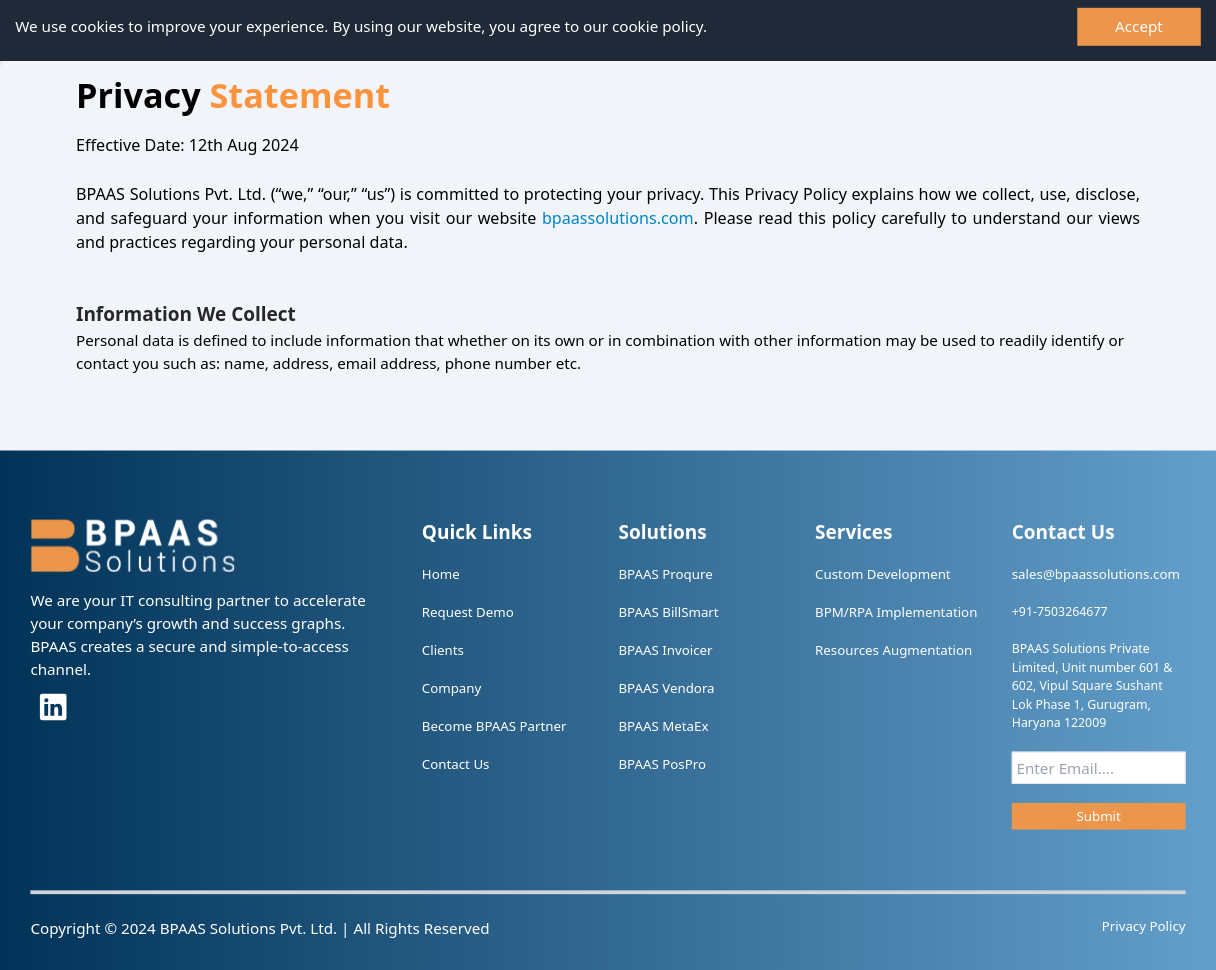
Repository: captainalpha/BP-Website
Page: /services/bp-services
The author's editor kept a copy of each file at every save. The page is drawn from the files as they stood at one save, then again after the next save.
The browser window is 1280 px wide. The pictures show the part of the page from y = 656 to 1677 px (the page is 1677 px tall), at 95% of full size.
The project was rebuilt for these pictures with package versions that can differ from the ones it lists, and the page was loaded fresh each time. The framework's server and built-in components were replaced by stand-ins that run in the browser. Also part of the build but not shown: next.config.js, components/common/TopBanner.js, components/common/SectionHeader.js.

Above is the page before, as saved 2024-08-13 15:22:24.

After the next save:
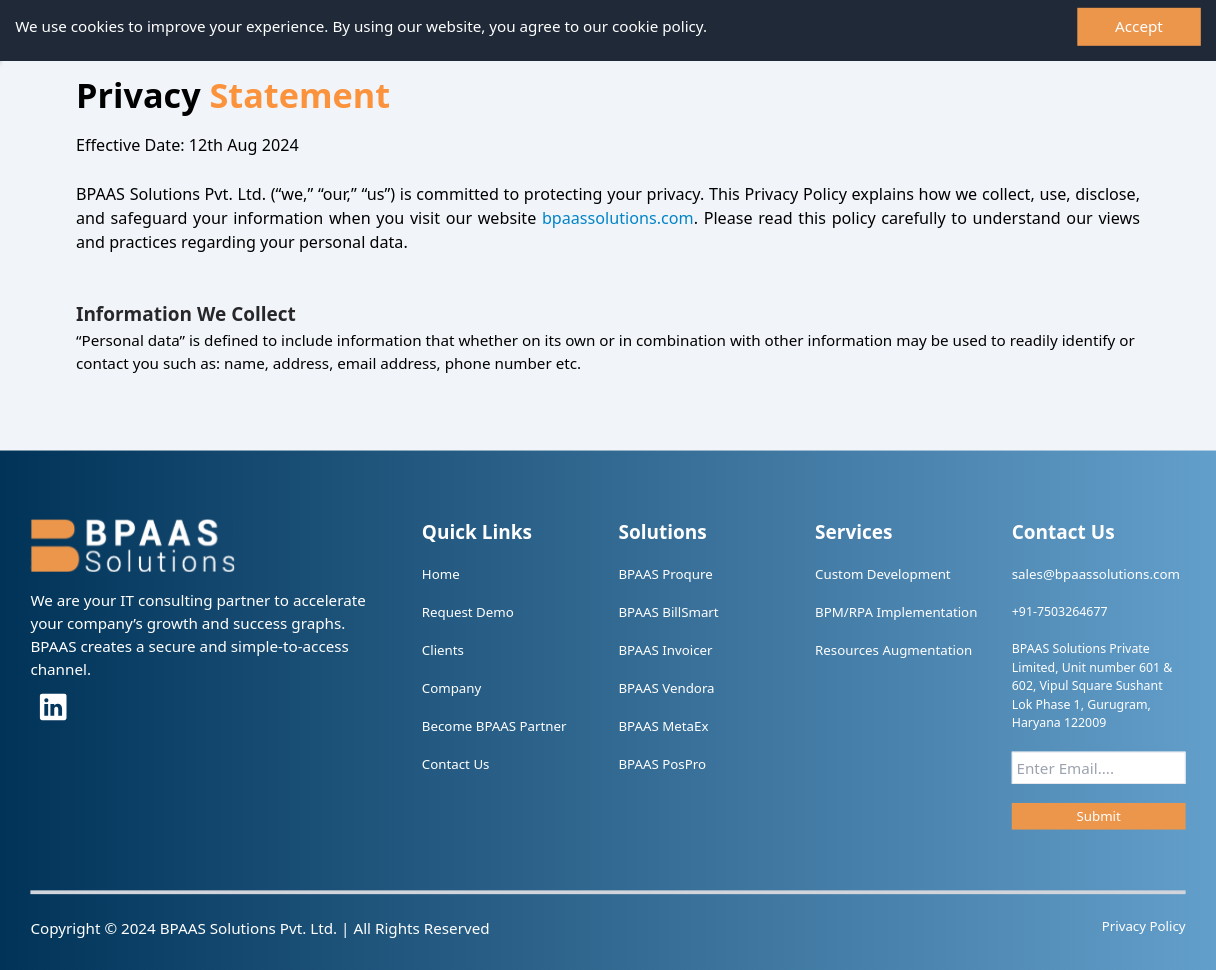
Saved 36 s later.
--- a/pages/services/bp-services.js
+++ b/pages/services/bp-services.js
@@ -53,7 +53,7 @@
           <div className="mt-[3em]">
             <h1 className="text-[20px] font-bold text-zinc-800">Information We Collect</h1>
             <p>
-            Personal data is defined to include information that whether on its own or in combination with other information may be used to readily identify or contact you such as: name, address, email address, phone number etc.
+            &ldquo;Personal data&rdquo; is defined to include information that whether on its own or in combination with other information may be used to readily identify or contact you such as: name, address, email address, phone number etc.
             </p>
           </div>
         </div>
